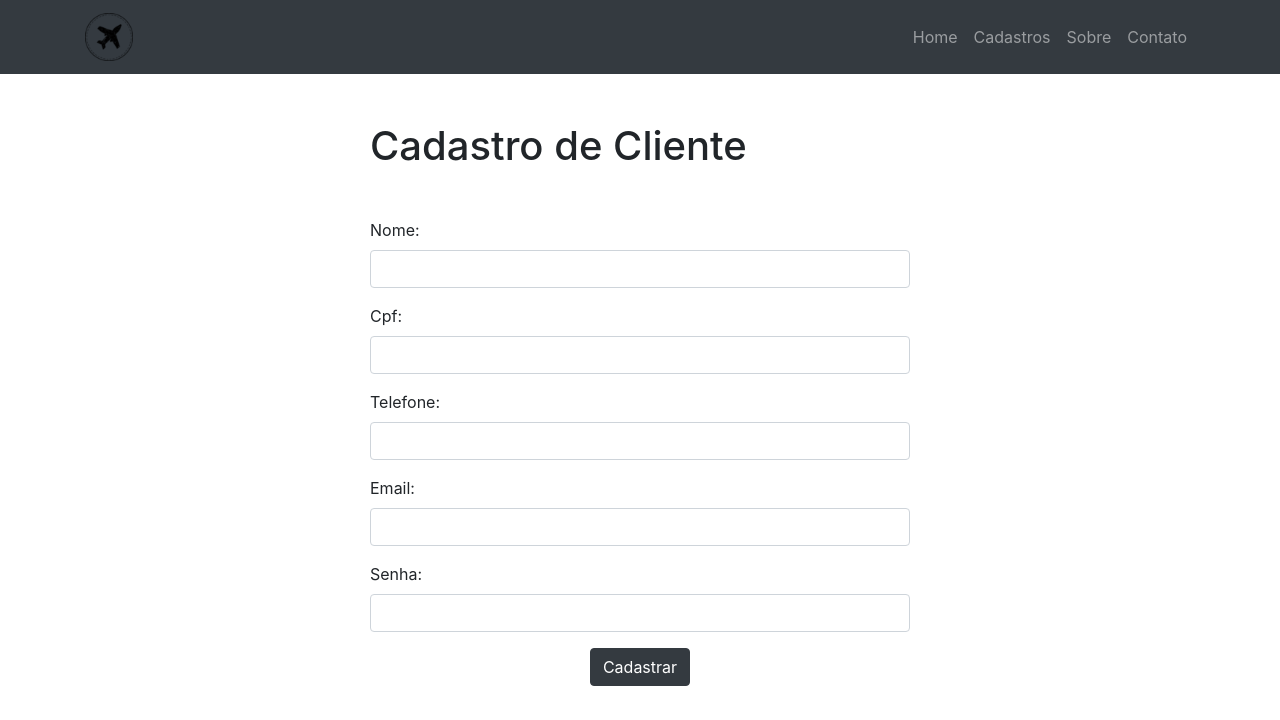
Repository: marcelledssantos/PotterTravel-MVC
Page: http://localhost/PotterTravel-MVC/cadastro.jsp
The author's editor kept a copy of each file at every save. The page is drawn from the files as they stood at one save, then again after the next save.
The browser window is 1280 px wide. The pictures show the whole page.
Some web libraries are served in a nearby version. The page is served by Tomcat 9.

Above is the page before, as saved 2023-11-02 23:47:45.

After the next save:
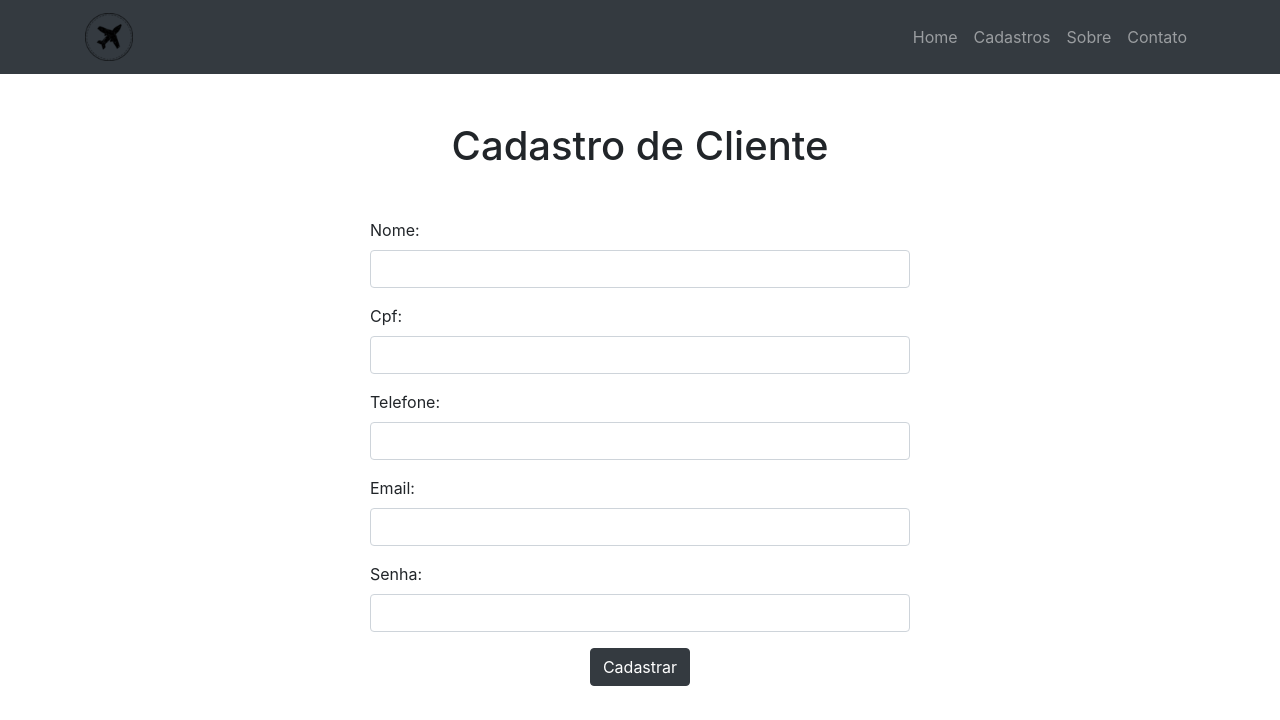
Saved 36 s later.
--- a/PotterTravel-MVC/src/main/webapp/cadastro.jsp
+++ b/PotterTravel-MVC/src/main/webapp/cadastro.jsp
@@ -39,7 +39,7 @@
 	<div class="container">
 		<div class="row justify-content-center">
 			<div class="col-md-6">
-				<h1 class="mt-5" >Cadastro de Cliente</h1>
+				<h1 class="mt-5 text-center" >Cadastro de Cliente</h1>
 				<form class="mt-5" action="CreateController" method="post">
 					<div class="form-group">
 						<label for="nome">Nome:</label> <input type="text"
